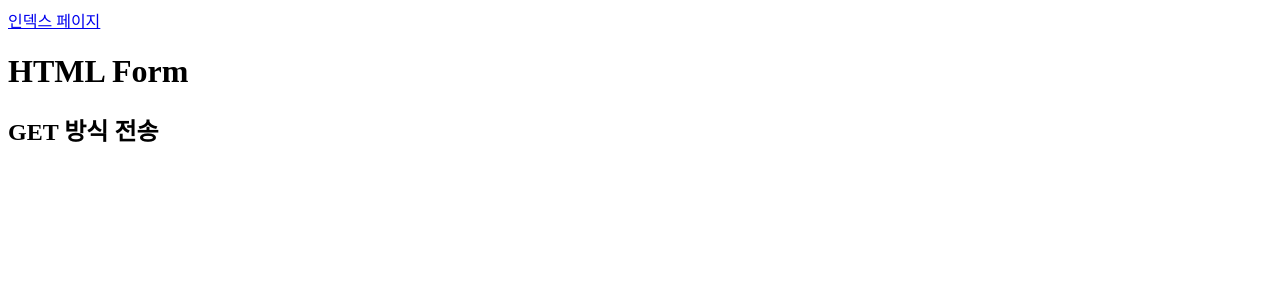
Repository: Sid0130/HTML
Page: lab-web/lab01_html/src/main/webapp/form.html
An editor plug-in stored every save of this project. The page is shown before and after the next save, followed by the edit.
The browser window is 1280 px wide. The pictures show the whole page.

Above is the page before, as saved 2024-12-04 01:04:43.

### lab-web/lab01_html/src/main/webapp/form.html
<!DOCTYPE html>
<html>
	<head>
		<meta charset="UTF-8">
		<title>Lab01</title>
	</head>
	<body>
		<a href="index.html">인덱스 페이지</a>

        <h1>HTML Form</h1>

        <h2>GET 방식 전송</h2>
	</body>
</html>

After the next save:
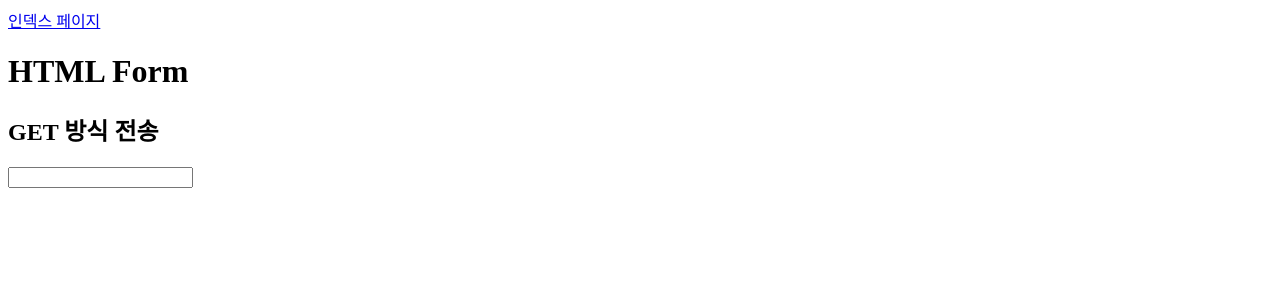
Saved 8 min 20 s later.
--- a/lab-web/lab01_html/src/main/webapp/form.html
+++ b/lab-web/lab01_html/src/main/webapp/form.html
@@ -10,5 +10,9 @@
         <h1>HTML Form</h1>
 
         <h2>GET 방식 전송</h2>
+
+        <form method="get" action="result.html">
+            <input type="text" name="query" />
+        </form>
 	</body>
 </html>
